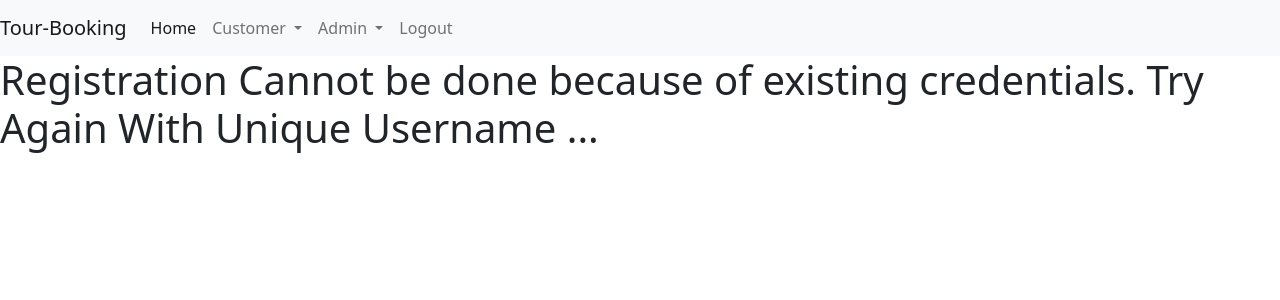
Repository: shivambhat45/Tour-Booking
Page: http://localhost/error-registration
These files come from the project's save history. The page is drawn as it stood at one moment and after the next save; the edit follows.
The browser window is 1280 px wide. The pictures show the whole page.
Some web libraries are served in a nearby version. The page is this project's Thymeleaf template; nobody is signed in. The template is opened directly, without the code that normally fills it, so the values that code supplies are empty.

Above is the page before, as saved 2022-10-30 06:23:30.

### frontend-ui/src/main/resources/templates/error-registration.html
<!DOCTYPE html>
<html xmlns:th="http://www.thymeleaf.org">

<head>
	<meta charset="ISO-8859-1">
	<title>Error</title>
	<link href="https://cdn.jsdelivr.net/npm/bootstrap@5.2.2/dist/css/bootstrap.min.css" rel="stylesheet"
		integrity="sha384-Zenh87qX5JnK2Jl0vWa8Ck2rdkQ2Bzep5IDxbcnCeuOxjzrPF/et3URy9Bv1WTRi" crossorigin="anonymous">
</head>

<body>
	<nav class="navbar navbar-expand-lg navbar-light bg-light">
		<a class="navbar-brand" href="/home">Tour-Booking</a>
		<button class="navbar-toggler" type="button" data-toggle="collapse" data-target="#navbarNavAltMarkup"
			aria-controls="navbarNavAltMarkup" aria-expanded="false" aria-label="Toggle navigation">
			<span class="navbar-toggler-icon"></span>
		</button>
		<div class="collapse navbar-collapse" id="navbarNavAltMarkup">
			<div class="navbar-nav">
				<a class="nav-item nav-link active" href="/home">Home <span class="sr-only"></span></a>
				<li class="nav-item dropdown">
					<a class="nav-link dropdown-toggle" href="#" id="navbarDropdown" role="button"
						data-toggle="dropdown" aria-haspopup="true" aria-expanded="false">
						Customer
					</a>
					<div class="dropdown-menu" aria-labelledby="navbarDropdown">
						<a class="dropdown-item" href="home">Book tour (Click on Id of Package)</a>
						<a class="dropdown-item" href="#">Another action</a>
						<div class="dropdown-divider"></div>
						<a class="dropdown-item" href="#">Something else here</a>
					</div>
				</li>
				<li class="nav-item dropdown">
					<a class="nav-link dropdown-toggle" href="#" id="navbarDropdown" role="button"
						data-toggle="dropdown" aria-haspopup="true" aria-expanded="false">
						Admin
					</a>
					<div class="dropdown-menu" aria-labelledby="navbarDropdown">
						<a class="dropdown-item" href="listUsers">List Users</a>
						<a class="dropdown-item" href="createPackage">Create Package</a>
						<div class="dropdown-divider"></div>
						<a class="dropdown-item" href="listBooking">List Booking</a>
					</div>
				</li>
				<a class="nav-item nav-link" href="/logout">Logout</a>
			</div>
		</div>
	</nav>

	<h1> Registration Cannot be done because of existing credentials. Try Again With Unique Username ... </h1>
	<a href="/" class="badge badge-info">Register Again</a>
	<script src="https://code.jquery.com/jquery-3.2.1.slim.min.js"
		integrity="sha384-KJ3o2DKtIkvYIK3UENzmM7KCkRr/rE9/Qpg6aAZGJwFDMVNA/GpGFF93hXpG5KkN"
		crossorigin="anonymous"></script>
	<script src="https://cdn.jsdelivr.net/npm/popper.js@1.12.9/dist/umd/popper.min.js"
		integrity="sha384-ApNbgh9B+Y1QKtv3Rn7W3mgPxhU9K/ScQsAP7hUibX39j7fakFPskvXusvfa0b4Q"
		crossorigin="anonymous"></script>
	<script src="https://cdn.jsdelivr.net/npm/bootstrap@4.0.0/dist/js/bootstrap.min.js"
		integrity="sha384-JZR6Spejh4U02d8jOt6vLEHfe/JQGiRRSQQxSfFWpi1MquVdAyjUar5+76PVCmYl"
		crossorigin="anonymous"></script>
</body>

</html>

After the next save:
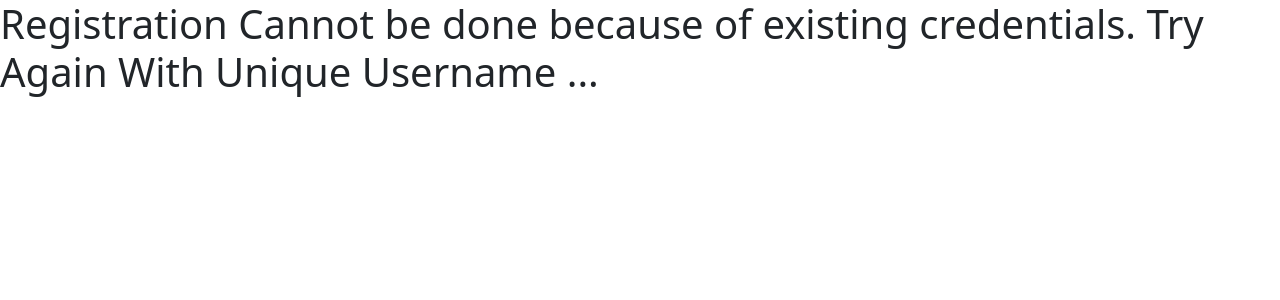
Saved 2 min 21 s later.
--- a/frontend-ui/src/main/resources/templates/error-registration.html
+++ b/frontend-ui/src/main/resources/templates/error-registration.html
@@ -9,43 +9,6 @@
 </head>
 
 <body>
-	<nav class="navbar navbar-expand-lg navbar-light bg-light">
-		<a class="navbar-brand" href="/home">Tour-Booking</a>
-		<button class="navbar-toggler" type="button" data-toggle="collapse" data-target="#navbarNavAltMarkup"
-			aria-controls="navbarNavAltMarkup" aria-expanded="false" aria-label="Toggle navigation">
-			<span class="navbar-toggler-icon"></span>
-		</button>
-		<div class="collapse navbar-collapse" id="navbarNavAltMarkup">
-			<div class="navbar-nav">
-				<a class="nav-item nav-link active" href="/home">Home <span class="sr-only"></span></a>
-				<li class="nav-item dropdown">
-					<a class="nav-link dropdown-toggle" href="#" id="navbarDropdown" role="button"
-						data-toggle="dropdown" aria-haspopup="true" aria-expanded="false">
-						Customer
-					</a>
-					<div class="dropdown-menu" aria-labelledby="navbarDropdown">
-						<a class="dropdown-item" href="home">Book tour (Click on Id of Package)</a>
-						<a class="dropdown-item" href="#">Another action</a>
-						<div class="dropdown-divider"></div>
-						<a class="dropdown-item" href="#">Something else here</a>
-					</div>
-				</li>
-				<li class="nav-item dropdown">
-					<a class="nav-link dropdown-toggle" href="#" id="navbarDropdown" role="button"
-						data-toggle="dropdown" aria-haspopup="true" aria-expanded="false">
-						Admin
-					</a>
-					<div class="dropdown-menu" aria-labelledby="navbarDropdown">
-						<a class="dropdown-item" href="listUsers">List Users</a>
-						<a class="dropdown-item" href="createPackage">Create Package</a>
-						<div class="dropdown-divider"></div>
-						<a class="dropdown-item" href="listBooking">List Booking</a>
-					</div>
-				</li>
-				<a class="nav-item nav-link" href="/logout">Logout</a>
-			</div>
-		</div>
-	</nav>
 
 	<h1> Registration Cannot be done because of existing credentials. Try Again With Unique Username ... </h1>
 	<a href="/" class="badge badge-info">Register Again</a>
